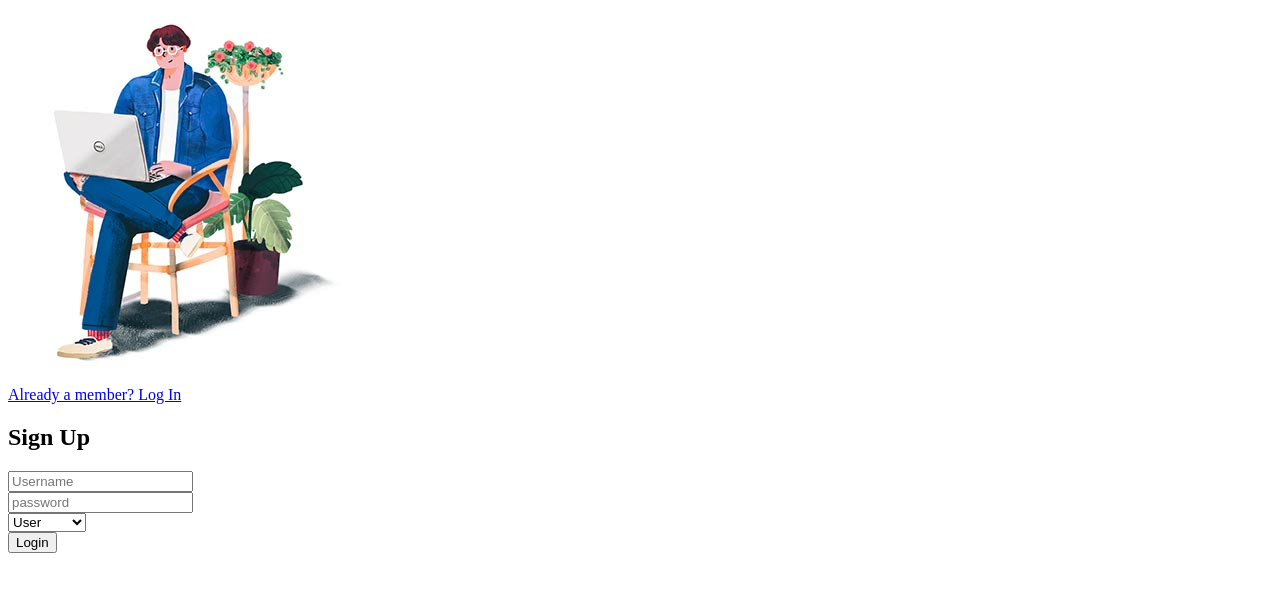
Repository: PhuongHuynh9987/Shopaholic-Ecommerce
Page: http://localhost/Shopaholic/createaccount.jsp
These files come from the project's save history. The page is drawn as it stood at one moment and after the next save; the edit follows.
The browser window is 1280 px wide. The pictures show the whole page.
The page is served by Tomcat 9.

Above is the page before, as saved 2024-01-19 23:09:36.

After the next save:
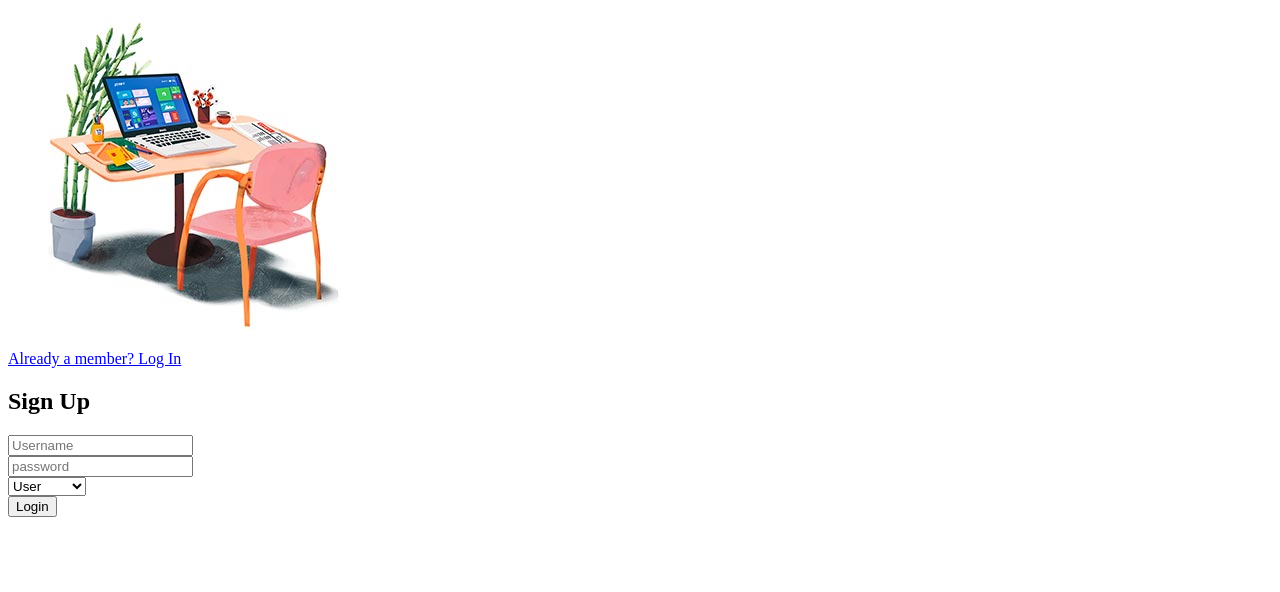
Saved 14 s later.
--- a/Shopaholic/src/main/webapp/createaccount.jsp
+++ b/Shopaholic/src/main/webapp/createaccount.jsp
@@ -14,7 +14,7 @@
 				<div class = "signup-content">
 					<div class = "signup-image">
 						<figure>
-							<img src = "images/signin-image.jpg" alt="sign up image">
+							<img src = "images/signup-image.jpg" alt="sign up image">
 						</figure>
 						<a href = "login.jsp" class = "signup-image-link">Already a member? Log In</a>
 					</div>
